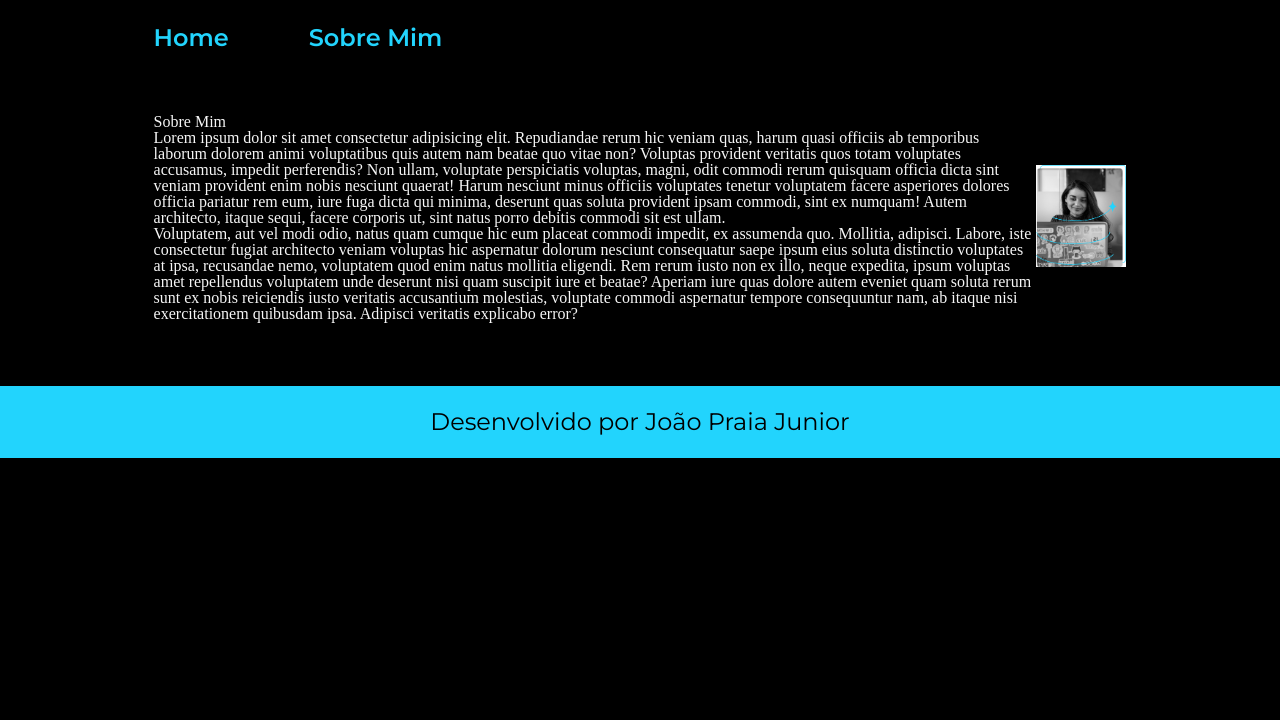
Repository: joaoPraiaJunior/html-basico
Page: about.html
An editor plug-in stored every save of this project. The page is shown before and after the next save, followed by the edit.
The browser window is 1280 px wide. The pictures show the whole page.
Some web fonts or font styles are not loaded; a fallback is used. Some web libraries are served in a nearby version.

Above is the page before, as saved 2024-06-06 21:40:33.

After the next save:
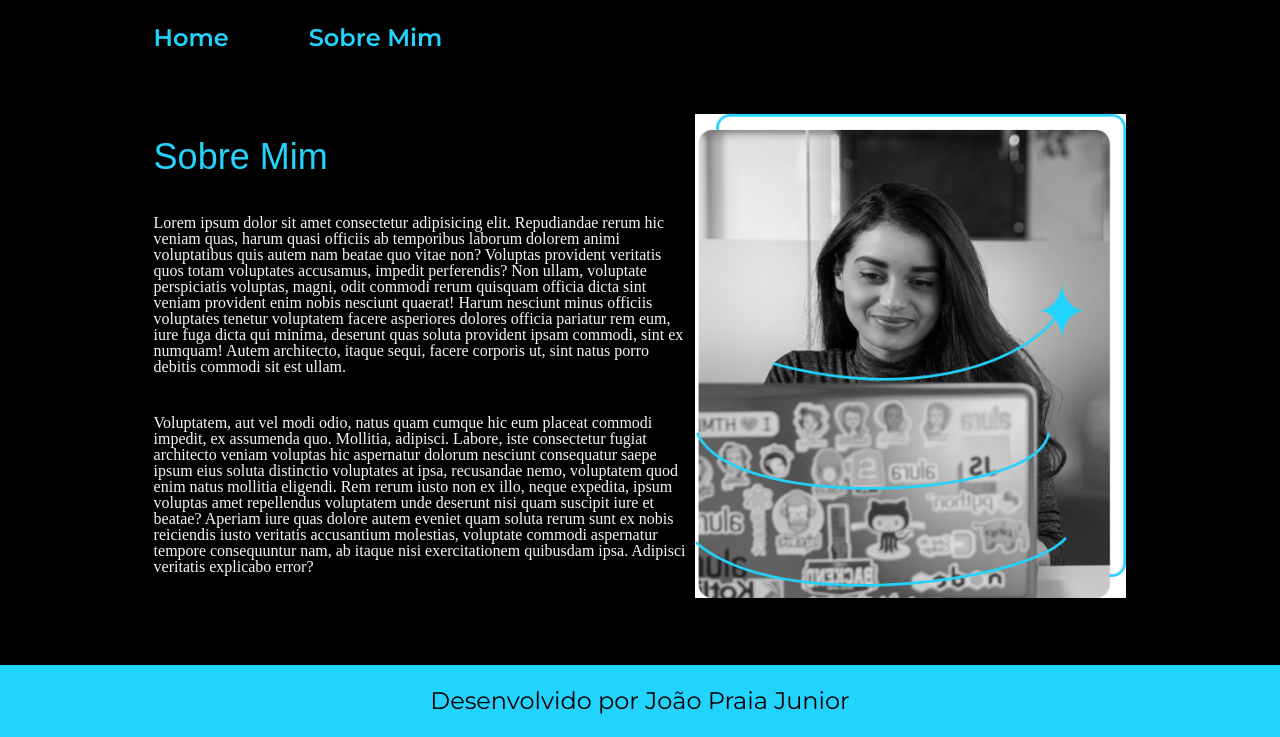
Saved 39 s later.
--- a/about.html
+++ b/about.html
@@ -17,8 +17,8 @@
     </header>
 
     <main class="apresentacao">
-      <section class="sobre">
-        <h1>Sobre Mim</h1>
+      <section class="apresentacao__conteudo">
+        <h1 class="apresentacao__titulo">Sobre Mim</h1>
         <p>
           Lorem ipsum dolor sit amet consectetur adipisicing elit. Repudiandae
           rerum hic veniam quas, harum quasi officiis ab temporibus laborum
